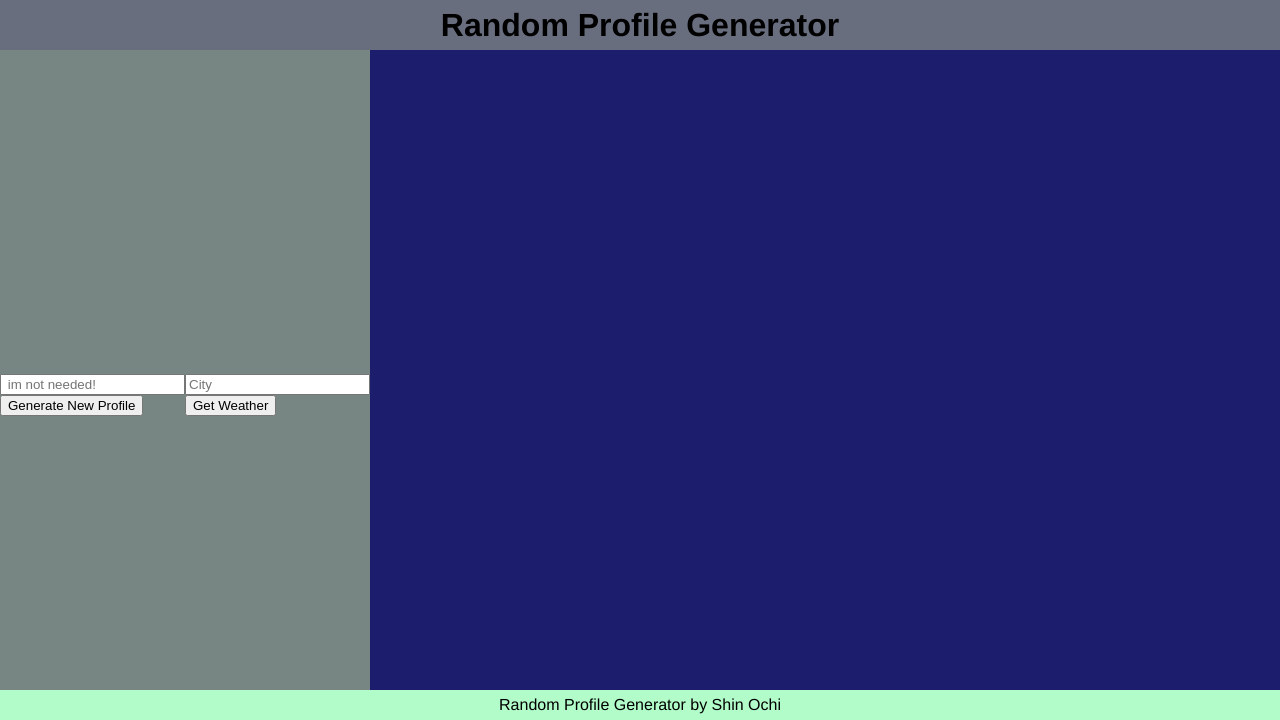
Repository: swaroopu-kr/Web-Application
Page: index.html
The author's editor kept a copy of each file at every save. The page is drawn from the files as they stood at one save, then again after the next save.
The browser window is 1280 px wide. The pictures show the whole page.

Above is the page before, as saved 2021-10-31 23:56:19.
Console error: TypeError: Cannot read properties of null (reading 'addEventListener')

After the next save:
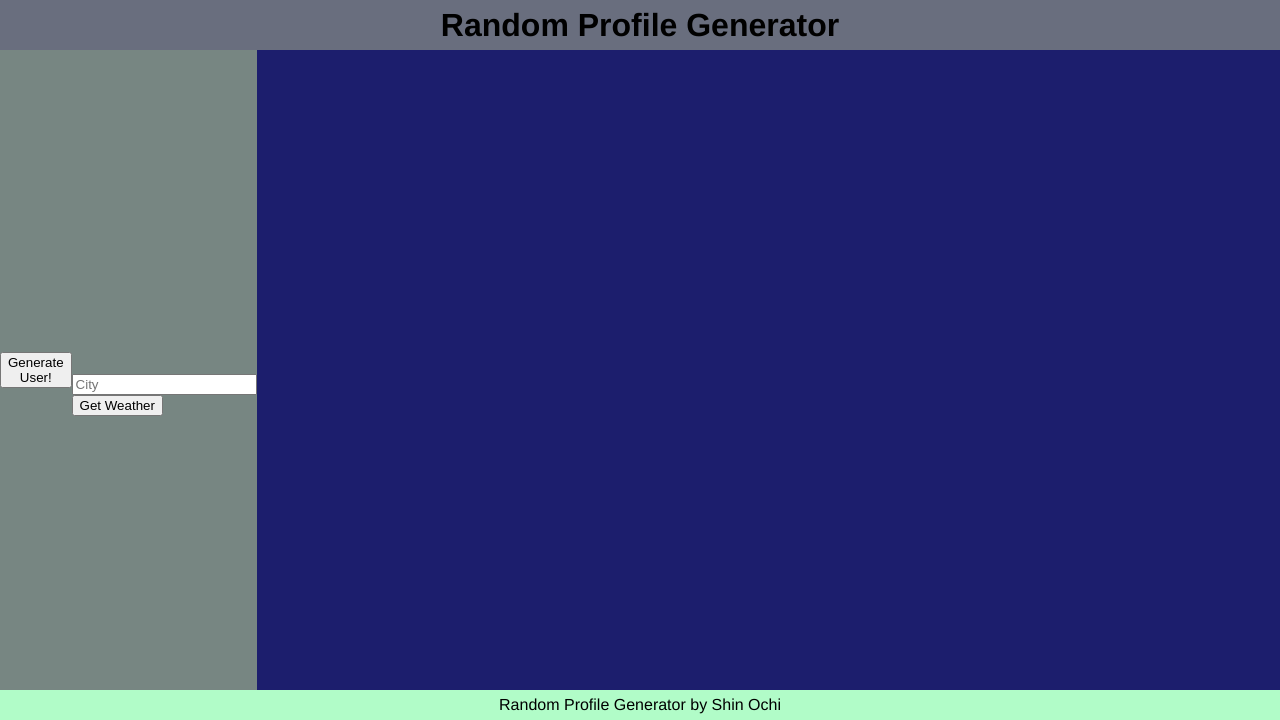
The error is gone.
Saved 49 s later.
--- a/index.html
+++ b/index.html
@@ -32,12 +32,7 @@
     </main>
 
     <aside>
-      <form style="margin-top: 50px;">
-        <label>
-          <input type="text" placeholder=" im not needed!">
-        </label>
-      <input type="submit" value="Generate New Profile">
-      </form>
+      <div><button id="btn">Generate User!</button></div>
 <br>
 <br>
       <form style="margin-top: 50px;">
